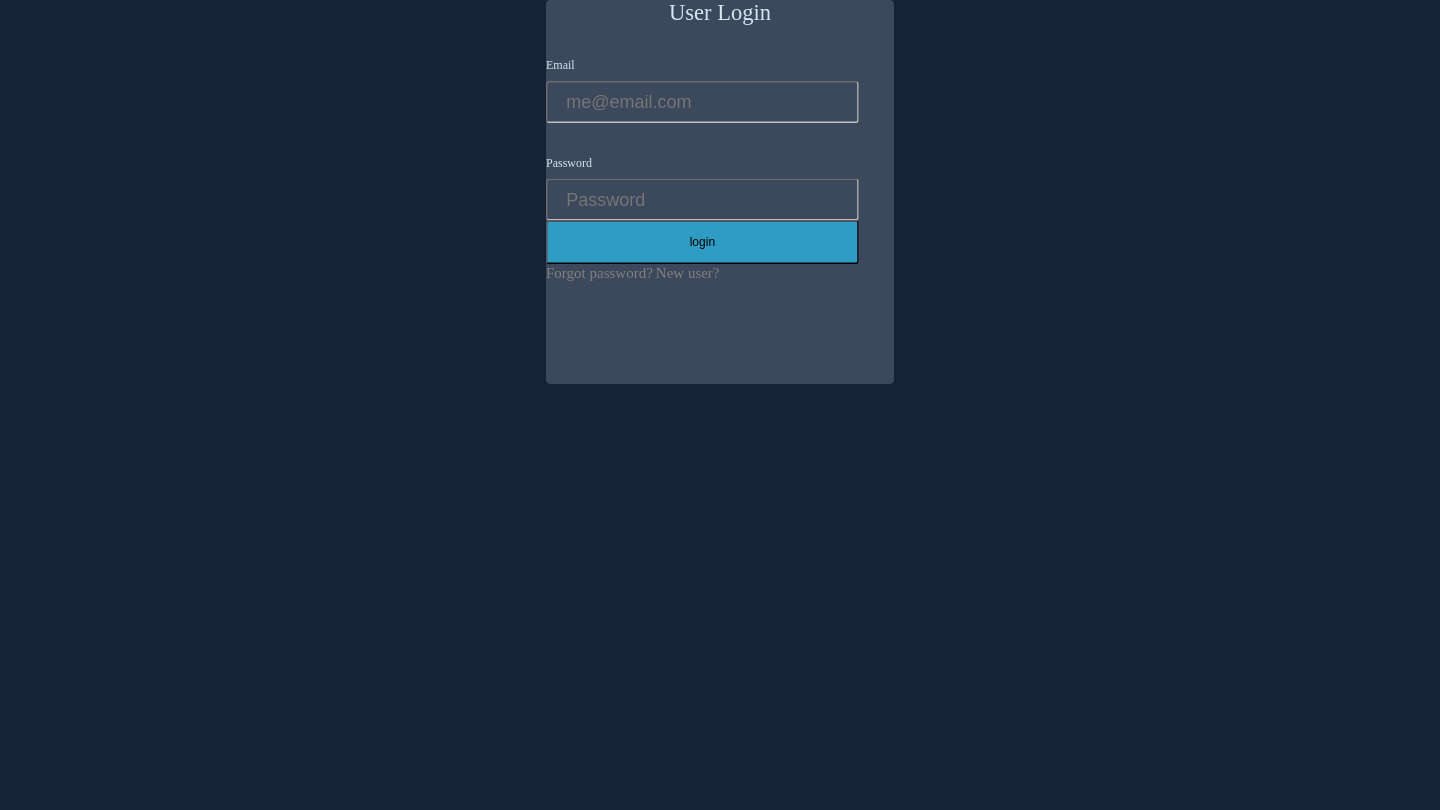
Repository: leystra019/nea
Page: html/user login.html
The author's editor kept a copy of each file at every save. The page is drawn from the files as they stood at one save, then again after the next save.
The browser window is 1280 px wide. The page is 1920 px wide, so the pictures cover 1920 px, including what lies to the right of the window. The pictures show the whole page, at 75% of full size.

Above is the page before, as saved 2022-12-12 11:19:37.

After the next save:
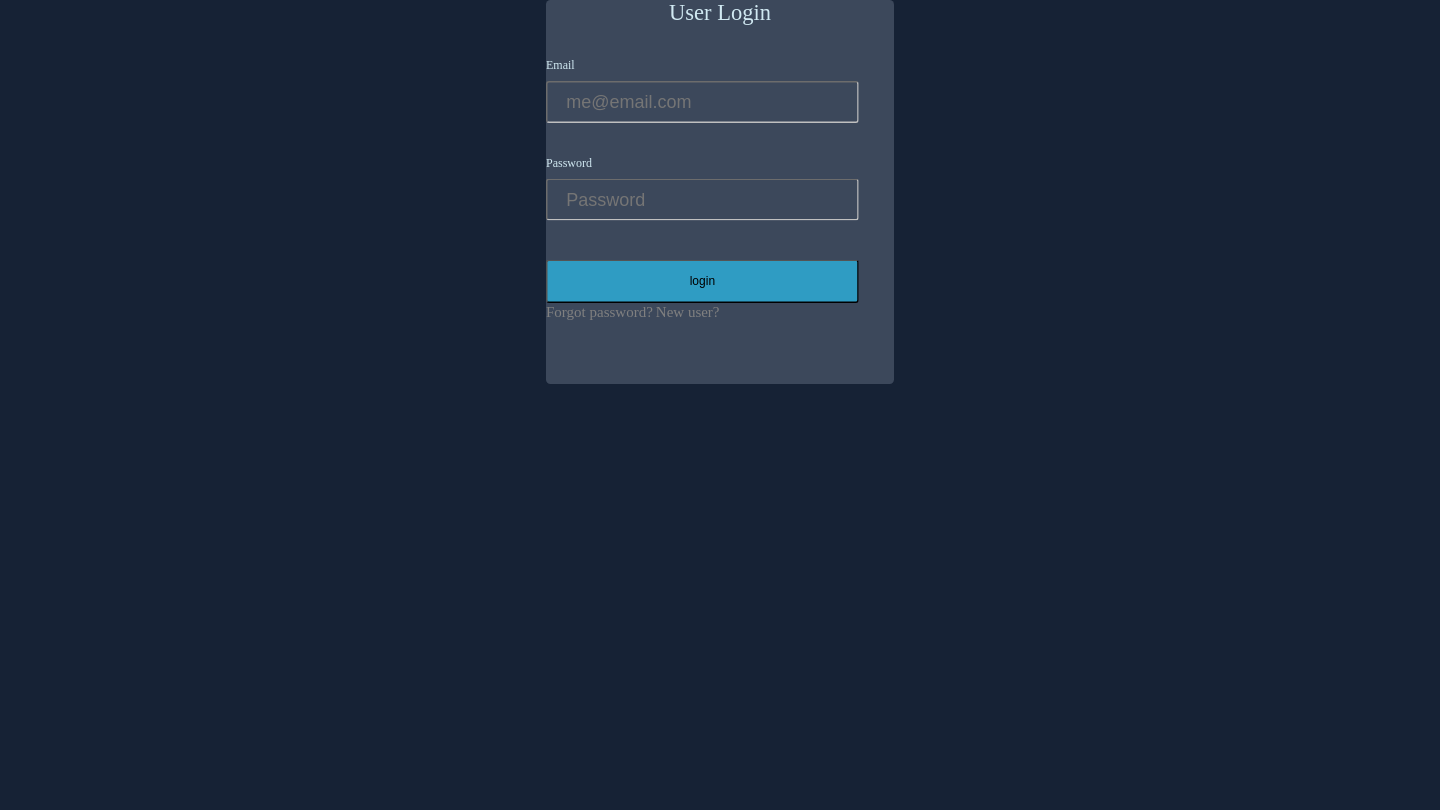
Saved 2 min 15 s later.
--- a/css/login.css
+++ b/css/login.css
@@ -73,6 +73,7 @@ b {
   text-align: center;
   border-radius: 4px;
   font-size: 16px;
+  margin-top: 52px !important;
 
 
 }
